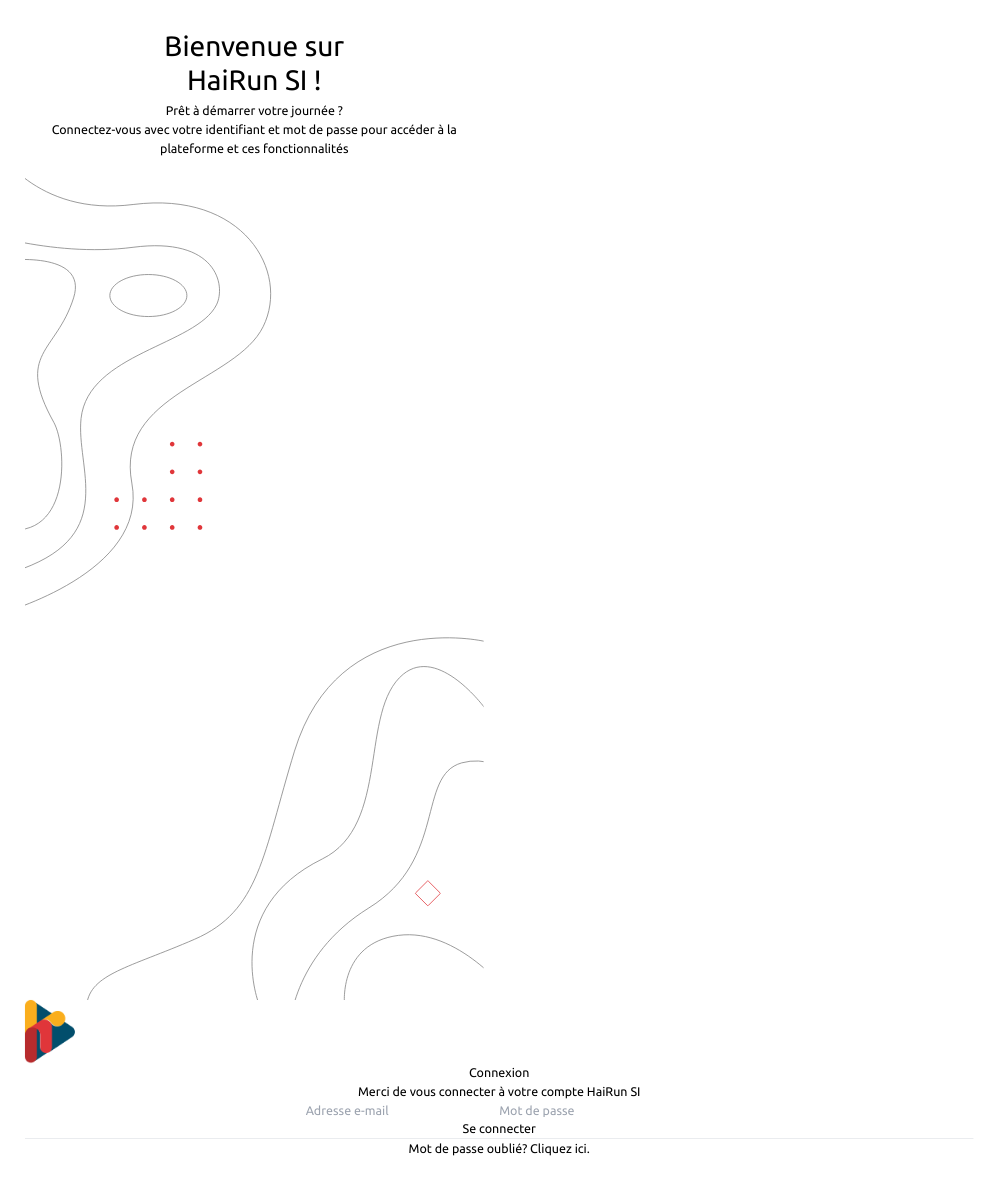
Repository: houlderHR/hairunsi-react-js-app
Page: /login
The author's editor kept a copy of each file at every save. The page is drawn from the files as they stood at one save, then again after the next save.
The browser window is 1280 px wide. The pictures show the whole page, at 78% of full size.
The project was rebuilt for these pictures with package versions that can differ from the ones it lists, and the page was loaded fresh each time. Also part of the build but not shown: vite.config.ts, src/pages/Home/Home.scss, src/pages/Home/Home.tsx.

Above is the page before, as saved 2024-03-20 13:25:04.

After the next save:
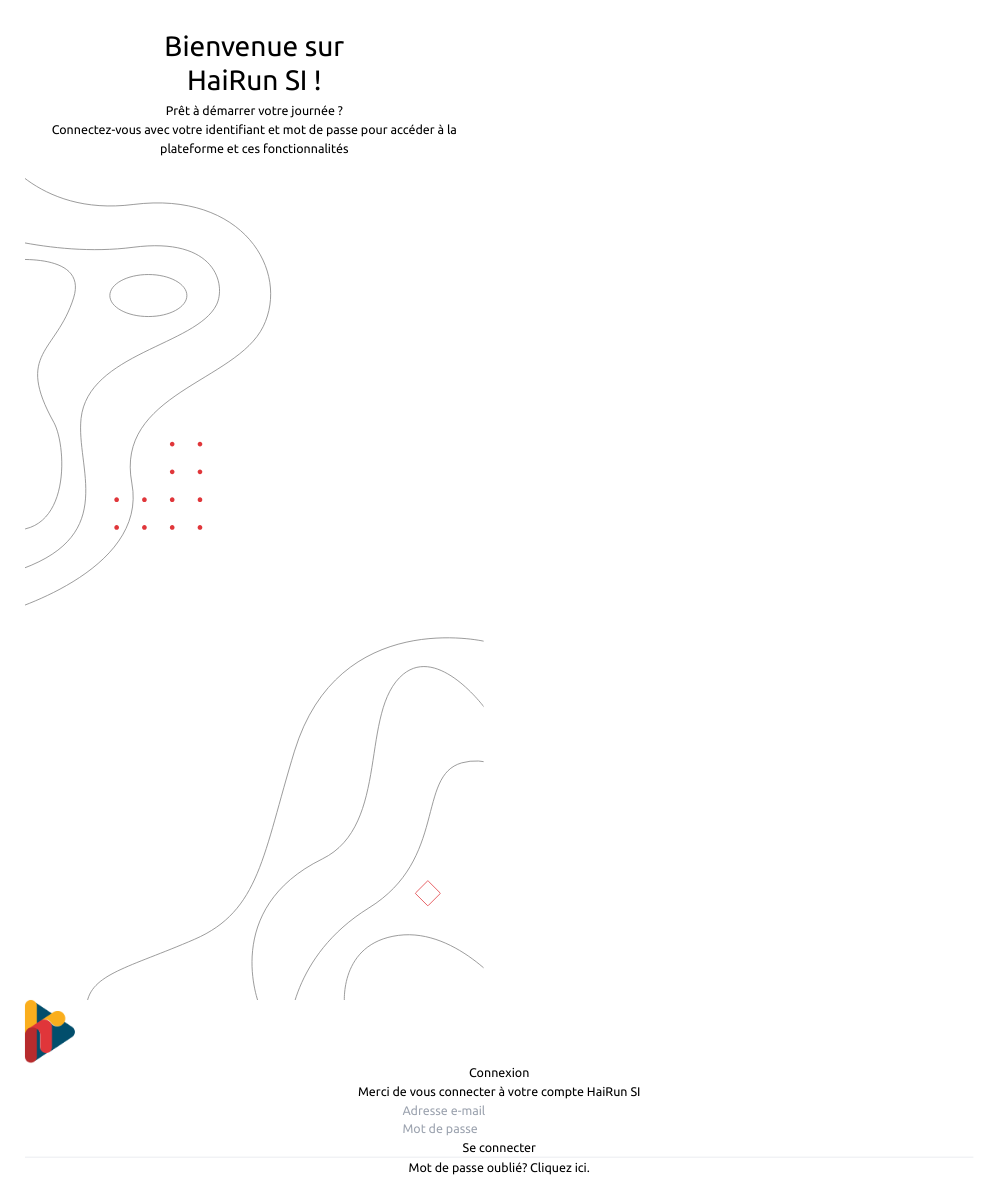
Saved 22 s later.
--- a/src/pages/Login/Login.tsx
+++ b/src/pages/Login/Login.tsx
@@ -20,7 +20,7 @@
           <h2>Connexion</h2>
           <h3>Merci de vous connecter à votre compte HaiRun SI</h3>
           <div>
-            <input type="text border-1 border-indigo-600" name="" placeholder="Adresse e-mail" id="" />
+            <input type="text border-1 border-indigo-600" name="" placeholder="Adresse e-mail" id="" /><br />
             <input type="text" name="" placeholder="Mot de passe" id="" />
           </div>
 
